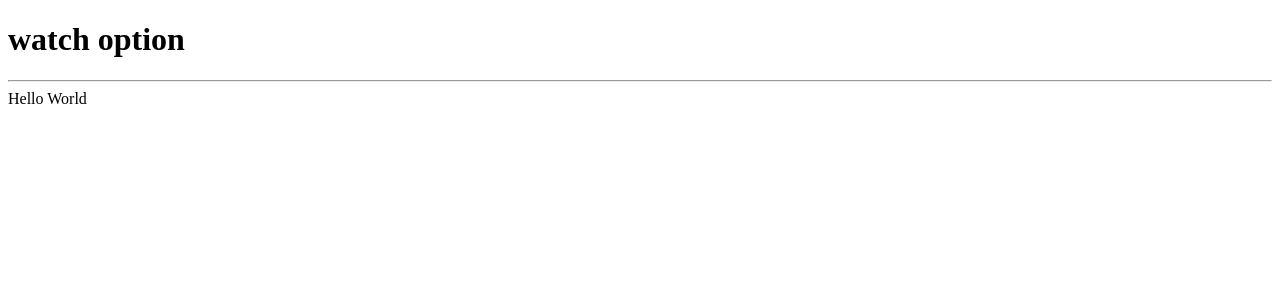
Repository: 13982720426/vue2.0-LearningNotes
Page: example/watch.html
The author's editor kept a copy of each file at every save. The page is drawn from the files as they stood at one save, then again after the next save.
The browser window is 1280 px wide. The pictures show the whole page.

Above is the page before, as saved 2021-06-25 21:02:09.

After the next save:
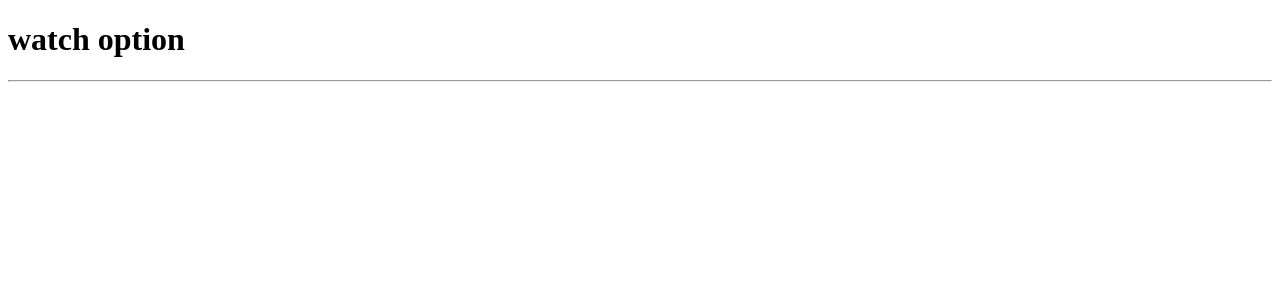
Saved 101 s later.
--- a/example/watch.html
+++ b/example/watch.html
@@ -15,7 +15,8 @@
       var app = new Vue({
         el: '#app',
         data: {
-          message: 'Hello World',
+          wendu: 14,
+          chuanyi: '夹克长裙',
         },
       });
     </script>
